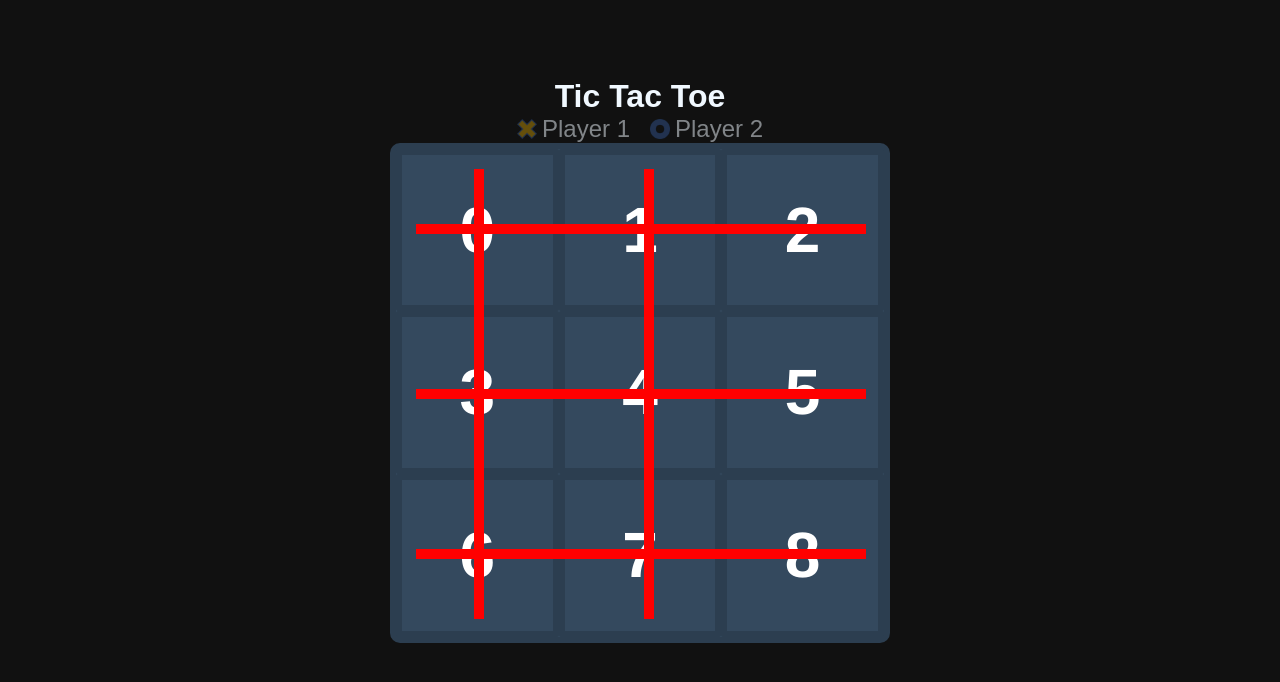
Repository: richardlieknis/tictactoe
Page: index.html
The author's editor kept a copy of each file at every save. The page is drawn from the files as they stood at one save, then again after the next save.
The browser window is 1280 px wide. The pictures show the whole page.

Above is the page before, as saved 2022-12-08 14:35:39.

After the next save:
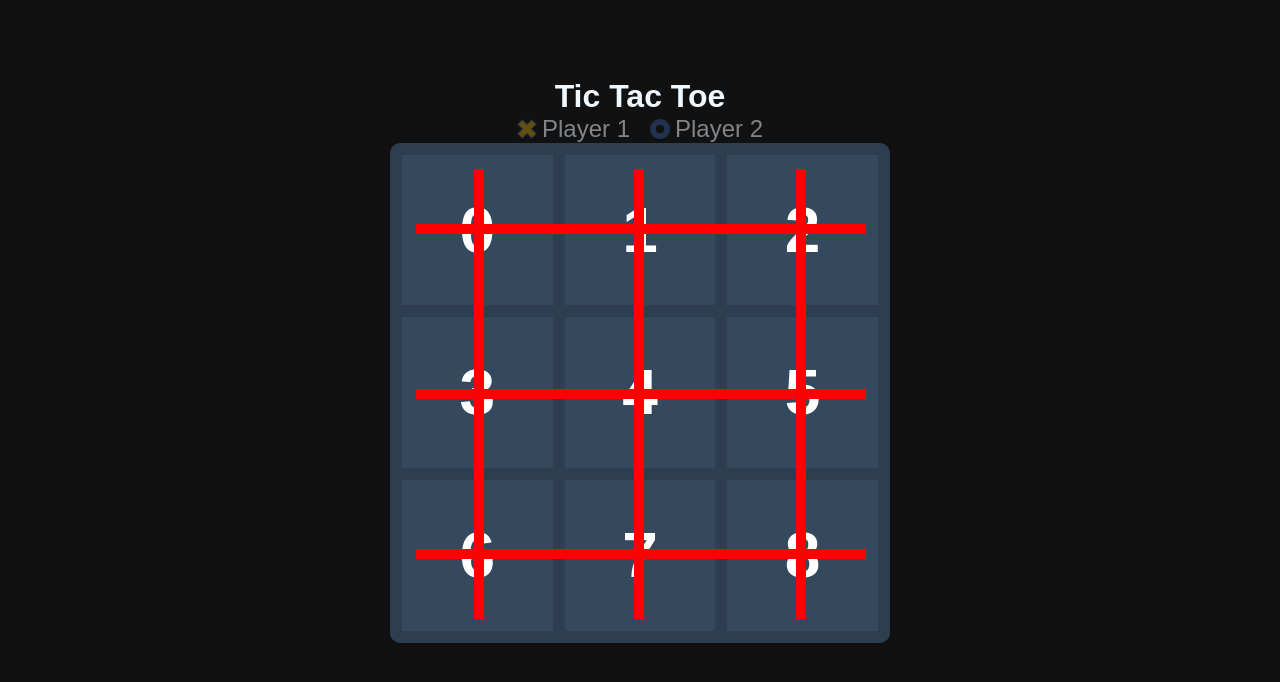
Saved 17 s later.
--- a/index.html
+++ b/index.html
@@ -38,8 +38,8 @@
                 <div class="line" style="top: 240px; left: 20px"></div>
                 <div class="line" style="top: 400px; left: 20px"></div>
                 <div class="line" style="top: 240px; right: 180px; transform: rotate(90deg)"></div>
-                <div class="line" style="top: 240px; right: 10px; transform: rotate(90deg)"></div>
-                <div class="line" style="top: 75px; left: 20px"></div>
+                <div class="line" style="top: 240px; right: 20px; transform: rotate(90deg)"></div>
+                <div class="line" style="top: 240px; left: 180px; transform: rotate(90deg)"></div>
                 <div class="line" style="top: 75px; left: 20px"></div>
                 <div class="line" style="top: 75px; left: 20px"></div>
             </div>
